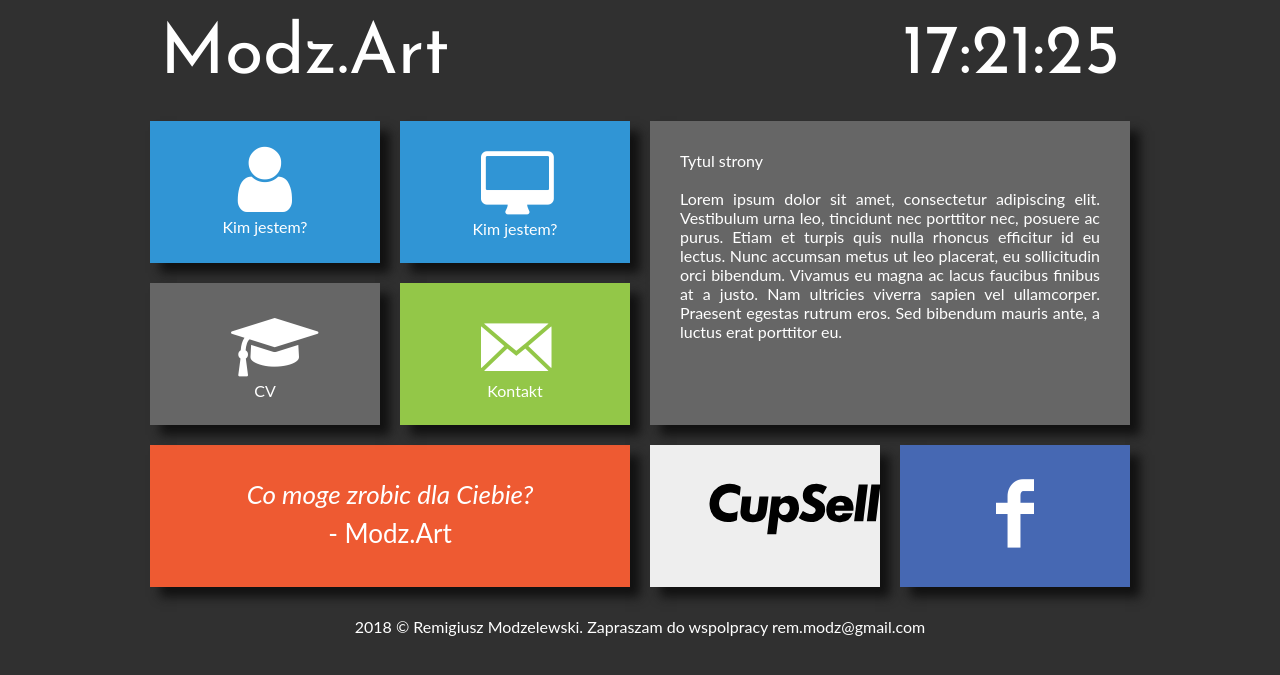
Repository: RemModz/Portfolio
Page: index.html
The author's editor kept a copy of each file at every save. The page is drawn from the files as they stood at one save, then again after the next save.
The browser window is 1280 px wide. The pictures show the whole page.

Above is the page before, as saved 2018-11-07 19:24:13.

### index.html
<!DOCTYPE html>
<html lang="en">
<head>
    <meta charset="UTF-8">
    <meta name="viewport" content="width=device-width, initial-scale=1.0">
    <meta http-equiv="X-UA-Compatible" content="ie=edge">
    <title>ModzArt - Portfolio</title>
    <meta name='description' content="Portfolio z tworczoscia Remka Modzelewskiego"/>
    <meta name='keywords' content="webdesign, webgraphics, drawing and vector art"/>

    <link rel="stylesheet" href="style.css" type="text/css"/>
    <link rel="stylesheet" href="/fontello/css/fontello.css" type="text/css"/>
    <link href="https://fonts.googleapis.com/css?family=Josefin+Sans&amp;subset=latin-ext" rel="stylesheet">
    <script src="timer.js"></script>
</head>
<body onload="odliczanie();"></body>
    <div id="container">

        <div class="rectangle">
                <div id="logo">
                    <a href="index.html" class="tilelinkhtml5">Modz.Art</a></div>
            <div id="zegar"></div>
            <div style="clear:both;"></div>
        </div>

        <div class="square">
            <div class="tile1">
                <a href="kimjestem.html" class="tilelink"> <i class="icon-user"></i><br/>Kim jestem? </a>
            </div>
            <div class="tile1">
                <a href="cooferuje.html" class="tilelink"> <i class="icon-desktop"></i><br/>Kim jestem? </a>
                       </div>
            <div style="clear:both;"></div>

            <div class="tile2">
                    <a href="cv.html" class="tilelink"> <i class="icon-graduation-cap"></i><br />CV </a>
                </div>
            <div class="tile3">
                    <a href="kontakt.html" class="tilelink"> <i class="icon-email"></i><br />Kontakt </a>
            </div>
            <div style="clear:both;"></div>

            <div class="tile4"><i>Co moge zrobic dla Ciebie? </i><br /> - Modz.Art</div>
        </div>

        <div class="square">
            <div class="tile5">Tytul strony <br /> <br />Lorem ipsum dolor sit amet, consectetur adipiscing elit. Vestibulum urna leo, tincidunt nec porttitor nec, posuere ac purus. Etiam et turpis quis nulla rhoncus efficitur id eu lectus. Nunc accumsan metus ut leo placerat, eu sollicitudin orci bibendum. Vivamus eu magna ac lacus faucibus finibus at a justo. Nam ultricies viverra sapien vel ullamcorper. Praesent egestas rutrum eros. Sed bibendum mauris ante, a luctus erat porttitor eu. </div>

            <div class="cupsell">
                    <a href="http://www.youtube.com" target="_blank" class="sociallink"><img src="cupsell.svg" alt="CupSell"></a></div>

                    <div class="fb">
                    <a href="http://www.facebook.com/R.ModzArt" target="_blank" class="sociallink"> <i class="icon-facebook"></i></a></div>
            <div style="clear:both;"></div>



        </div>

        <div style="clear:both;"></div>

        <div class="rectangle"> 2018 &copy; </i> Remigiusz Modzelewski. Zapraszam do wspolpracy rem.modz@gmail.com </div>
    </div>
</body>
</html>

### style.css
body {
    background-color: #303030;
    color: #ffffff;
    font-family: 'Lato', sans-serif;
    font-size: 20px'
}

#container {
    width: 1000px;
    margin-left: auto;
    margin-right: auto;
}

.rectangle {
    width: 960PX;
    margin: 20pX;
    text-align: center;
}

.square {
    width: 50%;
    float: left;
}

#logo {
    float: left;
    font-family: 'Josefin Sans', sans-serif;
    font-size: 70px;
    width: 600;
    text-align: left;
}

#zegar {
    float: right;
    font-family: 'Josefin Sans', sans-serif;
    font-size: 70px;
    text-align: center;
}
.tile1 {
    margin: 10px;
    width: 230px;
    height: 142px;
    background-color: #3095d5;
    float: left;
    text-align: center;
    box-shadow: #111111 10px 10px 10px;
}

.tile1:hover {
background-color: #2084c4;
}

.tile2 {
    margin: 10px;
    width: 230px;
    height: 142px;
    background-color: #666666;
    float: left;
    text-align: center;
    box-shadow: #111111 10px 10px 10px;
}

.tile2:hover {
    background-color: #555555;
    }

.tile3 {
    margin: 10px;
    width: 230px;
    height: 142px;
    background-color: #93c748;
    float: left;
    text-align: center;
    box-shadow: #111111 10px 10px 10px;
}
.tile3:hover {
    background-color: #82b637;
    }

.tile4 {
    margin: 10px;
    width: 420px;
    height: 82px;
    padding: 30px;
    background-color: #ee5a32;
    text-align: center;
    font-size: 26px;
    line-height: 150%;
    box-shadow: #111111 10px 10px 10px;

}

.tile4:hover {
    background-color: #dd4a21;
    }

.tile5 {
    margin: 10px;
    width: 420px;
    height: 244px;
    background-color: #666666;
    text-align: justify;
    padding: 30px;
    box-shadow: #111111 10px 10px 10px;
}


.fb {
    margin: 10px;
    width: 230px;
    height: 142px;
    background-color: #4668b3;
    float: left;
    box-shadow: #111111 10px 10px 10px;
    text-align: center;

}
.fb:hover {
    background-color: #3557a2;
    }

.cupsell {
    margin: 10px;
    width: 170px;
    height: 82px;
    background-color: #eeeeee;
    float: left;
    box-shadow: #111111 10px 10px 10px;
    text-align: center;
    padding: 30px;
    }

.cupsell:hover {
    background-color: #dddddd;
        }

.tilelink {

    color: #ffffff;
    text-decoration: none;
    display: block;
    width: 230px;
    height: 142px;

}

.tilelinkhtml5 {

    color: #ffffff;
    text-decoration: none;
    display: block;

}

.sociallink {

    color: #ffffff;
    text-decoration: none;
    display: block;
    width: 230px;
    height: 142px;

}

### fontello/css/fontello.css
@font-face {
  font-family: 'fontello';
  src: url('../font/fontello.eot?17037671');
  src: url('../font/fontello.eot?17037671#iefix') format('embedded-opentype'),
       url('../font/fontello.woff2?17037671') format('woff2'),
       url('../font/fontello.woff?17037671') format('woff'),
       url('../font/fontello.ttf?17037671') format('truetype'),
       url('../font/fontello.svg?17037671#fontello') format('svg');
  font-weight: normal;
  font-style: normal;
}
/* Chrome hack: SVG is rendered more smooth in Windozze. 100% magic, uncomment if you need it. */
/* Note, that will break hinting! In other OS-es font will be not as sharp as it could be */
/*
@media screen and (-webkit-min-device-pixel-ratio:0) {
  @font-face {
    font-family: 'fontello';
    src: url('../font/fontello.svg?17037671#fontello') format('svg');
  }
}
*/

 [class^="icon-"]:before, [class*=" icon-"]:before {
  font-family: "fontello";
  font-style: normal;
  font-weight: normal;
  speak: none;

  display: inline-block;
  text-decoration: inherit;
  width: 1em;
  margin-right: .2em;
  text-align: center;
  /* opacity: .8; */

  /* For safety - reset parent styles, that can break glyph codes*/
  font-variant: normal;
  text-transform: none;

  /* fix buttons height, for twitter bootstrap */
  line-height: 1em;

  /* Animation center compensation - margins should be symmetric */
  /* remove if not needed */
  margin-left: .2em;

  /* you can be more comfortable with increased icons size */
  /* font-size: 120%; */

  /* Font smoothing. That was taken from TWBS */
  -webkit-font-smoothing: antialiased;
  -moz-osx-font-smoothing: grayscale;

  /* Uncomment for 3D effect */
  /* text-shadow: 1px 1px 1px rgba(127, 127, 127, 0.3); */
}

.icon-user:before { content: '\e800'; font-size: 76px; margin-top: 20px;} /* '' */
.icon-email:before { content: '\e801'; font-size: 68px; margin-top: 30px; } /* '' */
.icon-gmail:before { content: '\e802'; font-size: 68px; margin-top: 30px; } /* '' */
.icon-twitter:before { content: '\f099'; font-size: 76px; margin-top: 30px; } /* '' */
.icon-gplus:before { content: '\f0d5'; font-size: 68px; margin-top: 30px;} /* '' */
.icon-desktop:before { content: '\f108'; font-size: 68px; margin-top: 30px;} /* '' */
.icon-youtube:before { content: '\f167'; font-size: 76px; margin-top: 30px;} /* '' */
.icon-graduation-cap:before { content: '\f19d'; font-size: 68px; margin-top: 30px;} /* '' */
.icon-facebook:before { content: '\f30c'; font-size: 76px; margin-top: 30px;} /* '' */

### timer.js
function odliczanie()
	{
		var dzisiaj = new Date();


		var godzina = dzisiaj.getHours();
		if (godzina<10) godzina = "0"+godzina;

		var minuta = dzisiaj.getMinutes();
		if (minuta<10) minuta = "0"+minuta;

		var sekunda = dzisiaj.getSeconds();
		if (sekunda<10) sekunda = "0"+sekunda;

		document.getElementById("zegar").innerHTML = +godzina+":"+minuta+":"+sekunda;

		 setTimeout("odliczanie()",1000);
	}

After the next save:
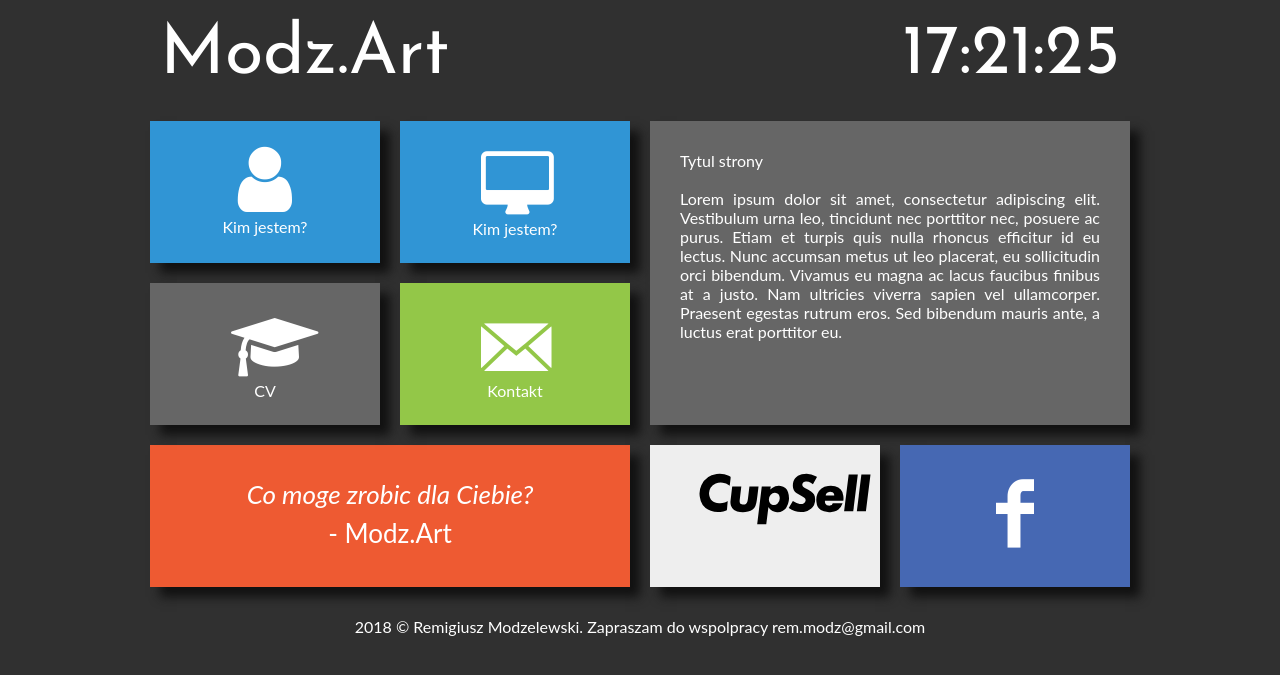
Saved 51 s later.
--- a/style.css
+++ b/style.css
@@ -121,13 +121,13 @@
 
 .cupsell {
     margin: 10px;
-    width: 170px;
-    height: 82px;
+    width: 190px;
+    height: 102px;
     background-color: #eeeeee;
     float: left;
     box-shadow: #111111 10px 10px 10px;
     text-align: center;
-    padding: 30px;
+    padding: 20px;
     }
 
 .cupsell:hover {
